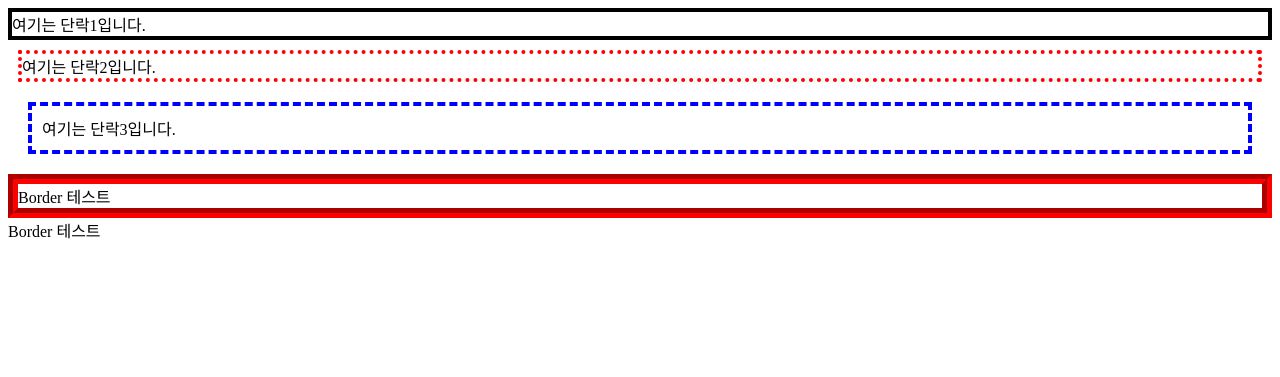
Repository: XenosJM/WEB_CODES
Page: Web02_CSS/src/main/webapp/05_boxmodel.html
The author's editor kept a copy of each file at every save. The page is drawn from the files as they stood at one save, then again after the next save.
The browser window is 1280 px wide. The pictures show the whole page.

Above is the page before, as saved 2024-03-19 07:41:09.

### Web02_CSS/src/main/webapp/05_boxmodel.html
<!DOCTYPE html>
<html>
<head>
<meta charset="UTF-8">
<title>Box Model</title>
<style type="text/css">
.c1 {
	border : 4px solid black;
}
.c2 {
	border : 4px dotted red;
	margin : 10px;
}
.c3{
	border : 4px dashed blue;
	padding : 10px;
	margin : 20px;
}
.c4 {
	border-width: 10px;
	border-style: groove;
	border-color: red;
}

</style>

</head>
<body>
	<!--
	* Box Model :
	1. margin : 자기 자신과 외부 요소와의 간격
	2. border : 테두리 선
	3. padding : 테두리선과 요소 내부의 컨텐트와의 간격
	4. width/height : 컨텐트의 가로/세로 길이
	 -->

	<div class="c1">여기는 단락1입니다.</div>
	<div class="c2">여기는 단락2입니다.</div>
	<div class="c3">여기는 단락3입니다.</div>
	<div class="c4">Border 테스트</div>
	<div class="c5">Border 테스트</div>
</body>
</html>

After the next save:
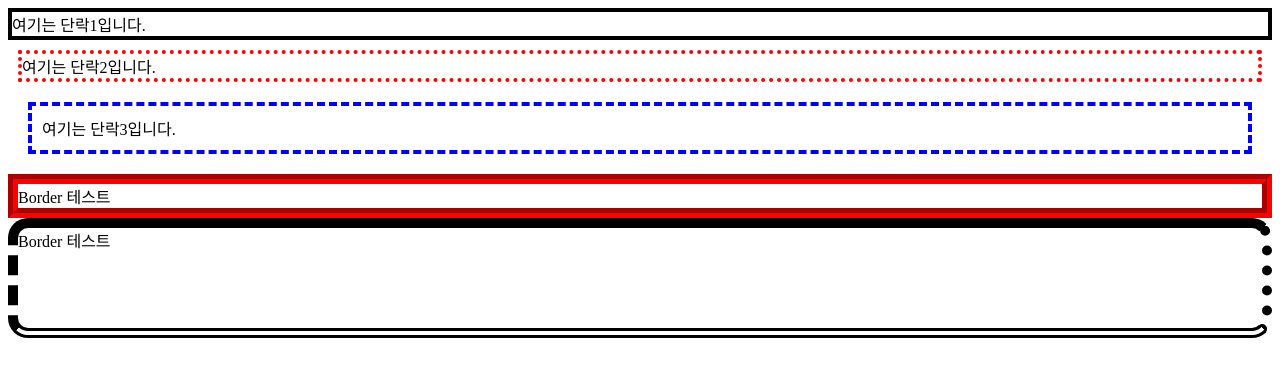
Saved 56 s later.
--- a/Web02_CSS/src/main/webapp/05_boxmodel.html
+++ b/Web02_CSS/src/main/webapp/05_boxmodel.html
@@ -21,6 +21,15 @@
 	border-style: groove;
 	border-color: red;
 }
+.c5 {
+	height : 100px;
+	border-width: 10px;
+	border-top-style: solid;
+	border-right-style: dotted;
+	border-left-style: dashed;
+	border-bottom-style: double;
+	border-radius : 20px;
+}
 
 </style>
 
